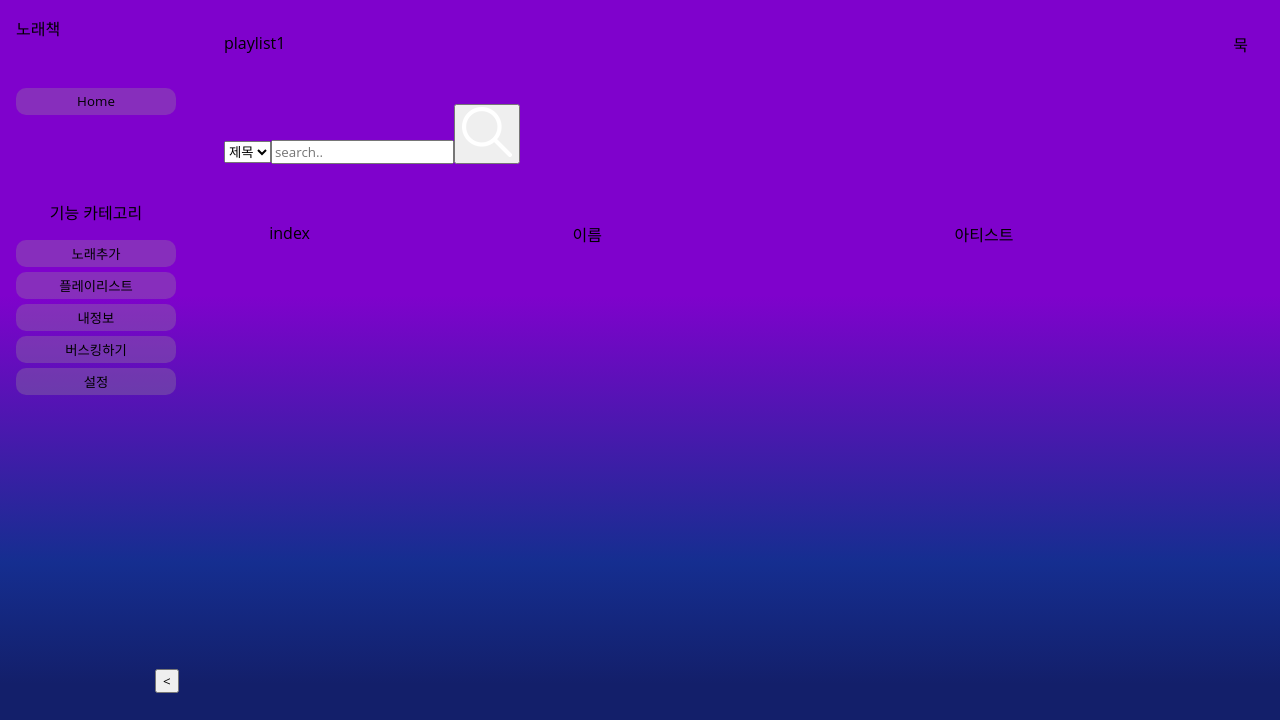
Repository: Unique0902/busking
Page: /app/add
An editor plug-in stored every save of this project. The page is shown before and after a run of saves, followed by the edit.
The browser window is 1280 px wide. The pictures show the whole page.
The page's requests for data from a server got no answer. The project was rebuilt for these pictures with package versions that can differ from the ones it lists, and the page was loaded fresh each time. No one was signed in, and anything a server would have sent is missing. Also part of the build but not shown: src/routes/login/login.module.css, src/components/login_header/login_nav.module.css, src/components/login_header/login_nav.jsx, src/components/app_description/app_description.module.css, src/components/app_description/app_description.jsx, src/routes/login/login.jsx, src/routes/app/app_home/app_home.module.css, src/routes/app/app_home/app_home.jsx and 8 more.

Above is the page before, as saved 2022-08-30 14:39:28.

### public/index.html
<!DOCTYPE html>
<html lang="en">
  <head>
    <meta charset="utf-8" />
    <link rel="icon" href="%PUBLIC_URL%/favicon.ico" />
    <meta name="viewport" content="width=device-width, initial-scale=1" />
    <meta name="theme-color" content="#000000" />
    <meta
      name="description"
      content="Web site created using create-react-app"
    />
    <title>노래책</title>
  </head>
  <body>
    <noscript>You need to enable JavaScript to run this app.</noscript>
    <div id="root"></div>
  </body>
</html>

### src/index.js
import React from 'react';
import ReactDOM from 'react-dom/client';
import './index.css';
import App from './routes/app/app';
import { BrowserRouter, Routes, Route } from 'react-router-dom';
import Login from './routes/login/login';
import App_home from './routes/app/app_home/app_home';
import App_add from './routes/app/app_add/app_add';
import App_busking from './routes/app/app_busking/app_busking';
import App_inform from './routes/app/app_inform/app_inform';
import App_playlist from './routes/app/app_playlist/app_playlist';
import App_setting from './routes/app/app_setting/app_setting';
import axios from 'axios';
import Lastfm from './service/lastfm';

const root = ReactDOM.createRoot(document.getElementById('root'));
const httpClient = axios.create({
  baseURL: 'https://ws.audioscrobbler.com/2.0',
  params: { api_key: process.env.REACT_APP_LASTFM_API_KEY },
});
const lastfm = new Lastfm(httpClient);

root.render(
  <React.StrictMode>
    <BrowserRouter>
      <Routes>
        <Route path='/' element={<Login />} />
        <Route path='app' element={<App />}>
          <Route path='home' element={<App_home />} />
          <Route path='add' element={<App_add lastfm={lastfm} />} />
          <Route path='busking' element={<App_busking />} />
          <Route path='inform' element={<App_inform />} />
          <Route path='playlist' element={<App_playlist />} />
          <Route path='setting' element={<App_setting />} />
        </Route>
      </Routes>
    </BrowserRouter>
  </React.StrictMode>
);

### src/index.css
* {
  box-sizing: border-box;
  font-family: 'Open Sans', sans-serif;
}

button {
  cursor: pointer;
}
li {
  list-style: none;
}
body {
  margin: 0;
}
p,
h1,
h2 {
  margin: 0;
}
ul {
  padding: 0;
}

### src/routes/app/app.jsx
import Sidebar from '../../components/sidebar/sidebar';
import './app.module.css';
import styles from './app.module.css';
import { Routes, Route, Outlet } from 'react-router-dom';
import App_header from '../../components/app_header/app_header';

function App() {
  return (
    <section className={styles.app}>
      <Sidebar />
      <main className={styles.main}>
        <App_header />
        <Outlet />
      </main>
    </section>
  );
}

export default App;

### src/routes/app/app_add/app_add.jsx
import React, { useRef } from 'react';
import { useState } from 'react';
import styles from './app_add.module.css';
import SearchResult from '../../../components/searchResult/searchResult';

const App_add = ({ lastfm }) => {
  const [searchResults, setSearchResults] = useState([]);
  const [resultNum, setResultNum] = useState(0);
  const [pageNum, setPageNum] = useState(1);
  const searchRef = useRef();
  const selectRef = useRef();
  const search = () => {
    if (searchRef.current.value) {
      if (selectRef.current.value === '제목') {
        lastfm.searchSongByName(searchRef.current.value).then((result) => {
          setSearchResults(result.trackmatches.track);
          setResultNum(parseInt(result['opensearch:totalResults']));
        });
      } else if (selectRef.current.value === '가수') {
        lastfm.searchSongByArtist(searchRef.current.value).then((result) => {
          setSearchResults(result.trackmatches.track);
          setResultNum(parseInt(result['opensearch:totalResults']));
        });
      }
    }
  };
  return (
    <>
      <header className={styles.searchBar}>
        <select ref={selectRef}>
          <option value='제목'>제목</option>
          <option value='가수'>가수</option>
        </select>
        <input
          type='search'
          placeholder='search..'
          ref={searchRef}
          onChange={() => {
            setPageNum(1);
            search();
          }}
        />
        <button type='submit'>
          <img src='/images/search.png' alt='search' />
        </button>
      </header>
      <section className={styles.results}>
        <ul>
          <li className={styles.description}>
            <div className={styles.index}>index</div>
            <div className={styles.name}>이름</div>
            <div className={styles.artist}>아티스트</div>
            <div className={styles.btn}></div>
          </li>
          {searchResults &&
            searchResults.map((result) => (
              <SearchResult
                key={searchResults.indexOf(result)}
                index={searchResults.indexOf(result) + 1}
                result={result}
                btnText='추가'
              />
            ))}
        </ul>
      </section>
    </>
  );
};

export default App_add;

### src/service/lastfm.js
'use strict';

class Lastfm {
  constructor(httpClient) {
    this.lastfm = httpClient;
  }
  async searchSongByName(title) {
    const response = await this.lastfm.get('', {
      params: {
        method: 'track.search',
        track: title,
        limit: '6',
        format: 'json',
      },
    });
    return response.data.results;
  }
  async searchSongByArtist(artist) {
    const response = await this.lastfm.get('', {
      params: {
        method: 'track.search',
        track: ' ',
        artist: artist,
        limit: '6',
        format: 'json',
      },
    });
    return response.data.results;
  }
  async searchArtist(artist) {
    const response = await this.lastfm.get('', {
      params: {
        method: 'artist.search',
        artist: artist,
        format: 'json',
      },
    });
    return response.data.results;
  }
  async searchTopTrackByCorrectArtist(mbid) {
    const response = await this.lastfm.get('', {
      params: {
        method: 'artist.gettoptrack',
        mbid: mbid,
        format: 'json',
      },
    });
    return response.data.results;
  }
}

export default Lastfm;

### src/components/sidebar/sidebar.jsx
import React from 'react';
import styles from './sidebar.module.css';
import { useNavigate } from 'react-router-dom';

const Sidebar = (props) => {
  let navigate = useNavigate();
  return (
    <>
      <aside className={styles.sideBar}>
        <div className={styles.logo}>
          <img src='' alt='' />
          <p>노래책</p>
        </div>
        <ul className={styles.list}>
          <li>
            <button
              onClick={() => {
                navigate('home');
              }}
              className={styles.listBtn}
            >
              Home
            </button>
          </li>
          <li>
            <p className={styles.category}>기능 카테고리</p>
          </li>
          <li>
            <button
              onClick={() => {
                navigate('add');
              }}
              className={styles.listBtn}
            >
              노래추가
            </button>
          </li>
          <li>
            <button
              onClick={() => {
                navigate('playlist');
              }}
              className={styles.listBtn}
            >
              플레이리스트
            </button>
          </li>
          <li>
            <button
              onClick={() => {
                navigate('inform');
              }}
              className={styles.listBtn}
            >
              내정보
            </button>
          </li>
          <li>
            <button
              onClick={() => {
                navigate('busking');
              }}
              className={styles.listBtn}
            >
              버스킹하기
            </button>
          </li>
          <li>
            <button
              onClick={() => {
                navigate('setting');
              }}
              className={styles.listBtn}
            >
              설정
            </button>
          </li>
          <li>
            <button className={styles.closeBtn}> {'<'} </button>
          </li>
        </ul>
      </aside>
    </>
  );
};

export default Sidebar;

### src/routes/app/app.module.css
@value makerWhite from  '../../common/colors.css';

.app {
  background: rgb(127, 2, 204);
  background: linear-gradient(
    180deg,
    rgba(127, 2, 204, 1) 41%,
    rgba(21, 46, 144, 1) 78%,
    rgba(19, 31, 106, 1) 95%
  );
  color: makerWhite;
  height: 100vh;
  display: flex;
}

.main {
  flex-basis: 85%;
  padding: 2em;
}

### src/components/app_header/app_header.jsx
import React from 'react';
import styles from './app_header.module.css';

const App_header = (props) => {
  return (
    <>
      <header className={styles.header}>
        <div className={styles.playlists}>playlist1</div>
        <div className={styles.users}>묵</div>
      </header>
    </>
  );
};

export default App_header;

### src/routes/app/app_add/app_add.module.css
.results {
  overflow-y: scroll;
  height: 30em;
}
.searchBar {
  margin-bottom: 2em;
}
.description {
  display: flex;
  flex-direction: row;
  justify-content: space-between;
  text-align: center;
  padding: 0.6em 1em;
}
.index {
  flex-basis: 10%;
}
.name {
  flex-basis: 50%;
}
.artist {
  flex-basis: 30%;
}
.btn {
  flex-basis: 10%;
}

### src/components/sidebar/sidebar.module.css
@value makerWhite from  '../../common/colors.css';
@value makerBlack from  '../../common/colors.css';
@value makerLightGrey from  '../../common/colors.css';
@value makerGrey from  '../../common/colors.css';
@value fontBigg from  '../../common/size.css';
@value fontMedium from  '../../common/size.css';
@value fontMediumm from  '../../common/size.css';
@value fontSmall from  '../../common/size.css';

.sideBar {
  flex-basis: 15%;
  padding: 1em;
  background-color: makerBlack;
  color: makerWhite;
  position: relative;
}
.logo {
  display: flex;
  font-size: fontBigg;
  margin-bottom: 3em;
}
.category {
  color: makerLightGrey;
  font-size: fontMediumm;
  text-align: center;
  margin-top: 5em;
  margin-bottom: 1em;
}

.listBtn {
  background-color: rgba(151, 149, 149, 0.3);
  border: none;
  border-radius: 10px;
  height: 2em;
  margin-bottom: 0.4em;
  width: 100%;
  font-size: fontMedium;
  color: makerWhite;
}
.list > li {
  width: 100%;
}
.closeBtn {
  position: absolute;
  right: 1em;
  bottom: 2em;
  background-color: makerBlack;
  color: makerWhite;
}

### src/components/app_header/app_header.module.css
.header {
  display: flex;
  justify-content: space-between;
  margin-bottom: 3em;
}

Loaded but not shown: src/routes/app/app_inform/app_inform.module.css (no stored copy; drawn as an empty file); src/routes/app/app_setting/app_setting.module.css (no stored copy; drawn as an empty file)

After the next 2 saves:
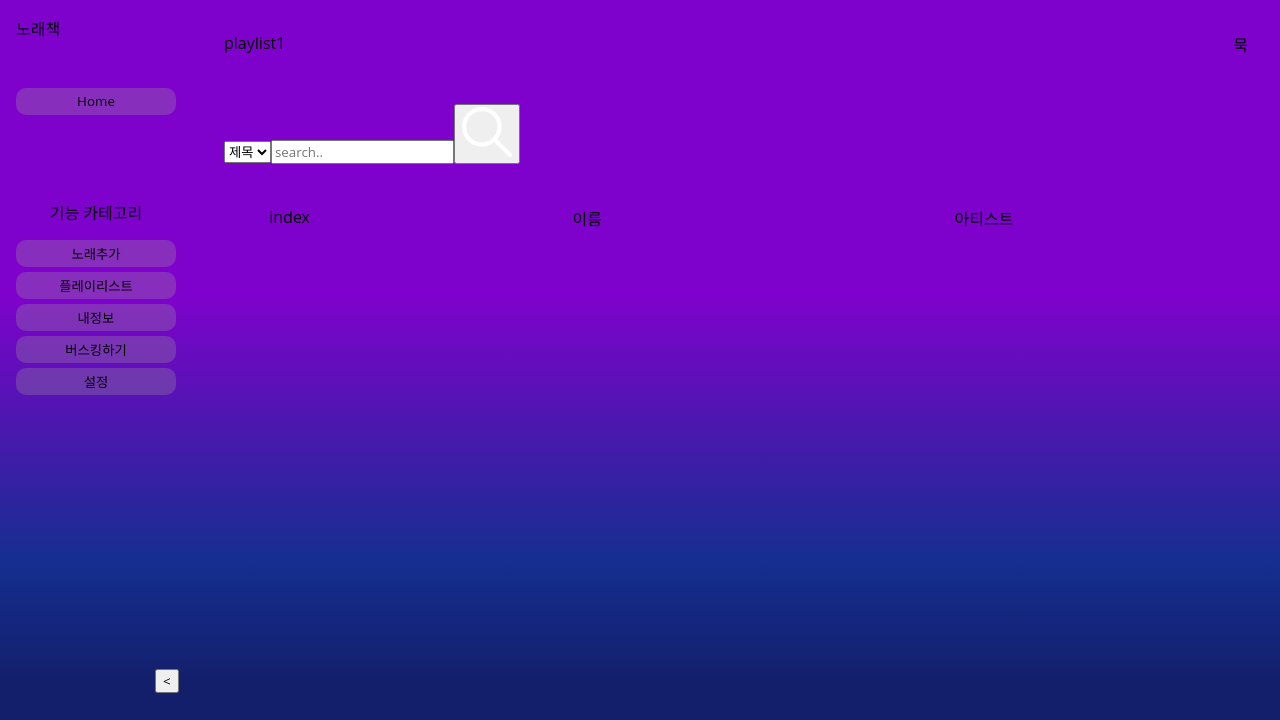
The 2 saves are shown as one change because they came seconds apart.
The last was saved 46 s later.
--- a/src/routes/app/app_add/app_add.module.css
+++ b/src/routes/app/app_add/app_add.module.css
@@ -1,5 +1,4 @@
 .results {
-  overflow-y: scroll;
   height: 30em;
 }
 .searchBar {
